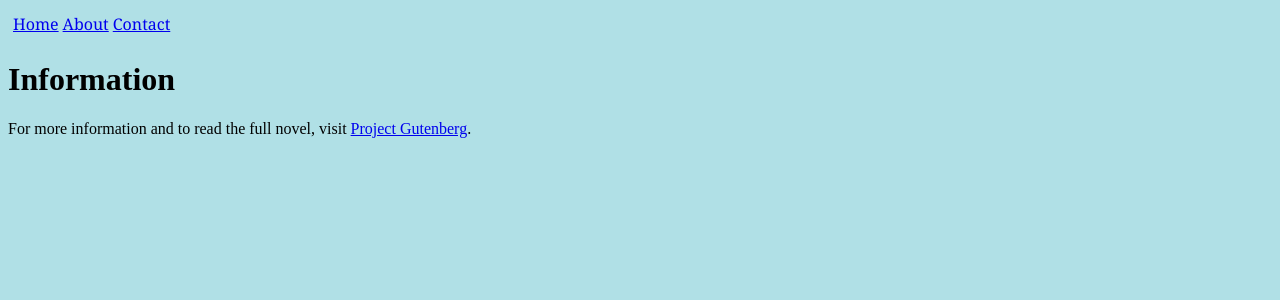
Repository: Brittany-Westlund/WebDesign
Page: Assignment2/info.html
These files come from the project's save history. The page is drawn as it stood at one moment and after the next save; the edit follows.
The browser window is 1280 px wide. The pictures show the whole page.

Above is the page before, as saved 2025-05-27 01:32:33.

After the next save:
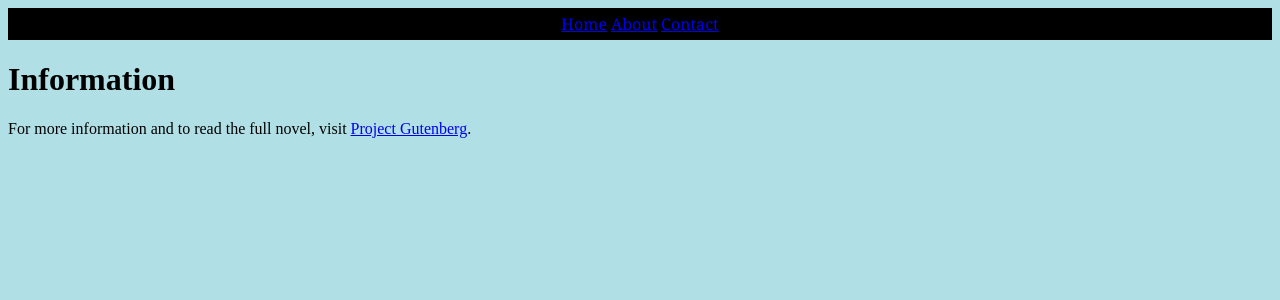
Saved 105 s later.
--- a/Assignment2/style/style.css
+++ b/Assignment2/style/style.css
@@ -12,16 +12,17 @@ header {
 nav {
    max-width: 100%;
    margin: 0 auto;
+   background-color: black;
 }
 
 ul {
 
     padding: 5px;
+    text-align: center;
 }
 
 li {
     list-style-type: none;
-    text-align: center;
     color: white;
     display: inline-block;
     font-family: Georgia, serif;
